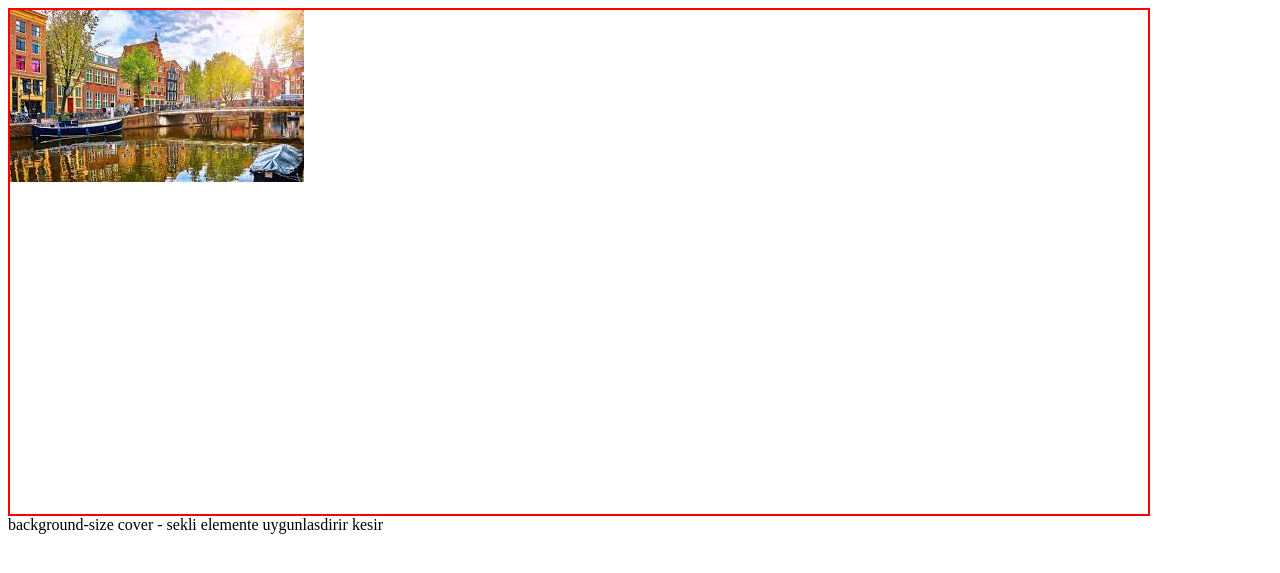
Repository: AytacSafarova/TAsk-11
Page: index.html
The author's editor kept a copy of each file at every save. The page is drawn from the files as they stood at one save, then again after the next save.
The browser window is 1280 px wide. The pictures show the whole page.

Above is the page before, as saved 2023-08-31 22:11:53.

### index.html
<!DOCTYPE html>
<html lang="en">
<head>
    <meta charset="UTF-8">
    <meta name="viewport" content="width=device-width, initial-scale=1.0">
    <title>Document</title>
</head>
<style>
    .container{
        background-image: url('./download\ \(1\).jfif');
      min-height: 70vh;
        width: 90%;
        border:  2px solid red;
        background-repeat: no-repeat;
        background-size: containe;
    }
</style>
<body>
    <div class="container">

    </div>

</body>
<script src="./index.js"></script>
</html>

background-size
cover - sekli elemente uygunlasdirir kesir

### index.js
// fetch("https://api.chucknorris.io/jokes/random")
//   .then((response) => {
//     return response.json();
//   })
//   .then((data) => {
//     console.log(data);
//   });

console.log(window);

After the next save:
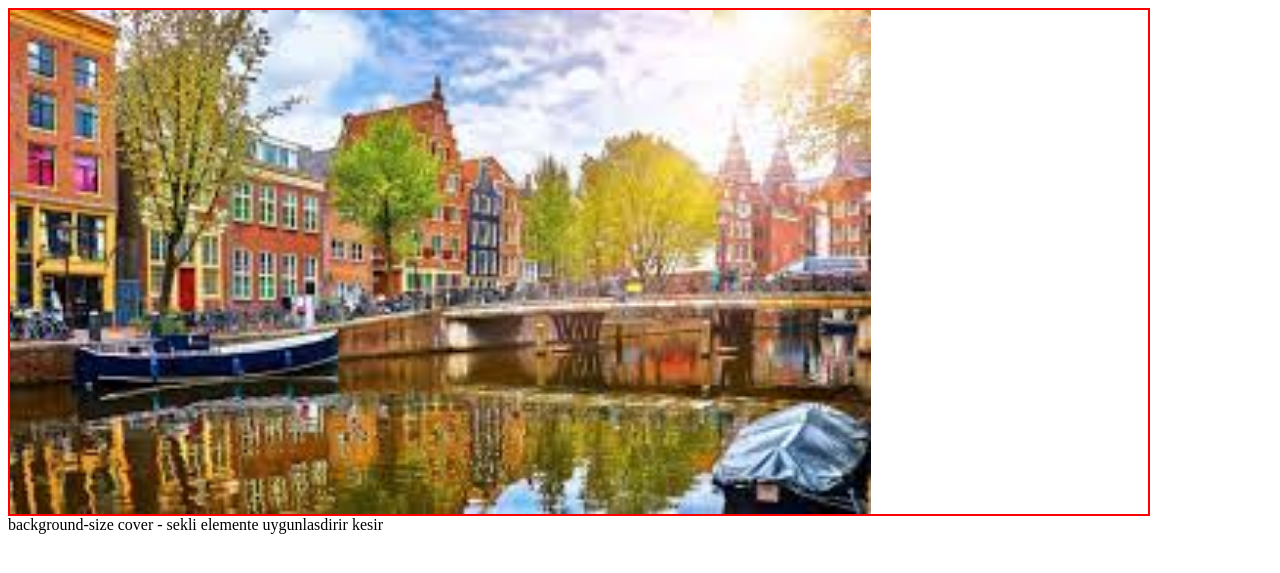
Saved 5 s later.
--- a/index.html
+++ b/index.html
@@ -12,7 +12,7 @@
         width: 90%;
         border:  2px solid red;
         background-repeat: no-repeat;
-        background-size: containe;
+        background-size: contain;
     }
 </style>
 <body>
